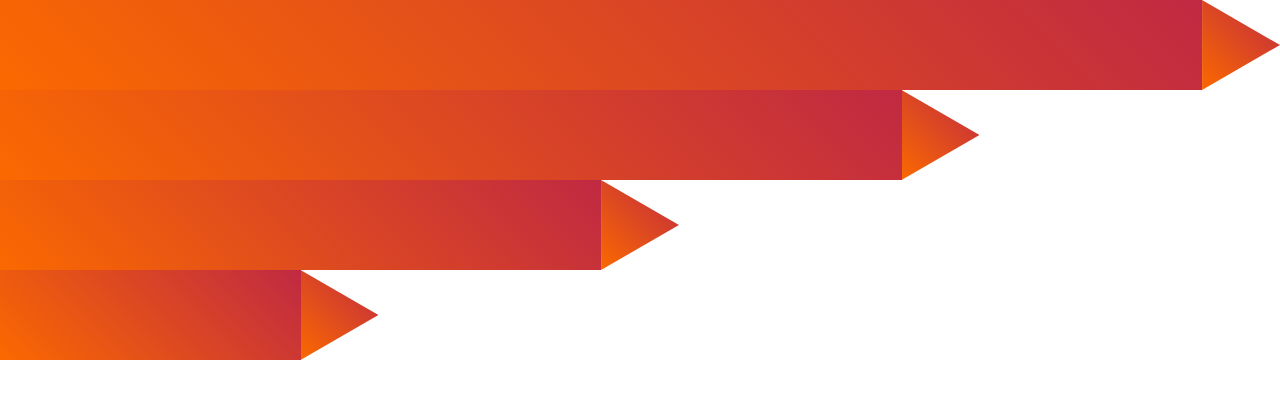
Repository: abdouAppcraft/Predict-DPE
Page: /result
An editor plug-in stored every save of this project. The page is shown before and after the next save, followed by the edit.
The browser window is 1280 px wide. The pictures show the whole page.
The project was rebuilt for these pictures with package versions that can differ from the ones it lists, and the page was loaded fresh each time. Also part of the build but not shown: src/hooks/useDpeOptions.tsx, src/screens/PredictForm/PredictForm.css, src/strings/string.ts, src/utils/computeData.ts, src/screens/PredictForm/PredictForm.tsx.

Above is the page before, as saved 2024-06-12 09:40:16.

After the next save:
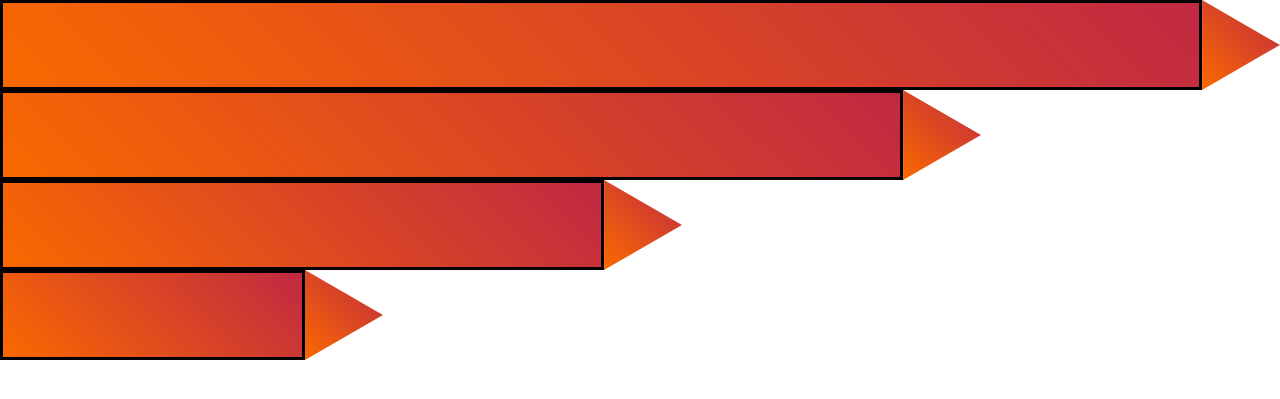
Saved 24 s later.
--- a/src/screens/Result/Result.tsx
+++ b/src/screens/Result/Result.tsx
@@ -21,7 +21,7 @@ const ResultItem: React.FC<{ flex: number }> = ({ flex }) => {
   return (
     <div>
       <div style={{ display: "flex", height: 90 }}>
-        <div style={{ flex }} className="shape"></div>
+        <div style={{ flex, border: "solid" }} className="shape"></div>
         <div className=" shape triangle"></div>
       </div>
     </div>
